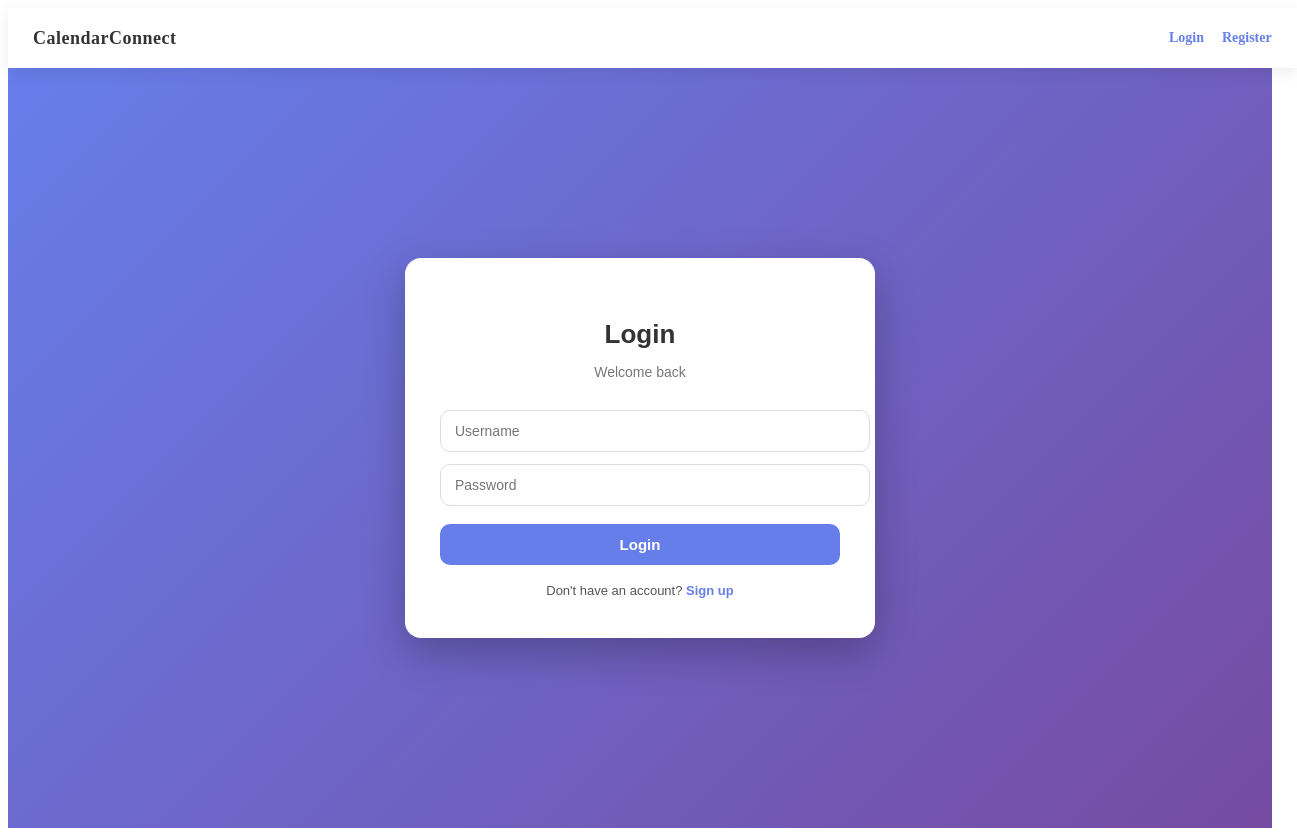
Repository: BMXracer44/CalendarConnect
Page: / (app in frontend/)
The author's editor kept a copy of each file at every save. The page is drawn from the files as they stood at one save, then again after the next save.
The browser window is 1280 px wide. The page is 1297 px wide, then 1280 px, so the pictures cover 1297 px, including what lies to the right of the window. The pictures show the whole page.
The project was rebuilt for these pictures with package versions that can differ from the ones it lists, and the page was loaded fresh each time. Also part of the build but not shown: frontend/src/pages/Register.jsx, frontend/src/pages/Calendar.jsx.

Above is the page before, as saved 2026-04-14 10:05:18.

### frontend/src/index.js
import React from "react";
import ReactDOM from "react-dom/client";
import App from "./App";
import { AuthProvider } from "./context/AuthContext";
import { router } from "./router";
import { RouterProvider } from "react-router-dom";
import "./index.css";

ReactDOM.createRoot(document.getElementById("root")).render(
  <AuthProvider>
    <RouterProvider router={router} />
  </AuthProvider>
);

### frontend/src/App.js
import { Outlet } from "react-router-dom";
import Navbar from "./components/Navbar";
import "./index.css";

function App() {
  return (
    <div>
      <Navbar />
      <Outlet />
    </div>
  );
}

export default App;

### frontend/src/context/AuthContext.js
import { createContext, useState, useEffect } from "react";

export const AuthContext = createContext();

export const AuthProvider = ({ children }) => {
  const [user, setUser] = useState(null);

  // Load user from localStorage on refresh
  useEffect(() => {
    const token = localStorage.getItem("token");
    const username = localStorage.getItem("username");

    if (token && username) {
      setUser({ username, token });
    }
  }, []);

  // Login function
  const login = (data) => {
    localStorage.setItem("token", data.token);
    localStorage.setItem("username", data.username);

    setUser({
      username: data.username,
      token: data.token,
    });
  };

  // Logout function
  const logout = () => {
    localStorage.removeItem("token");
    localStorage.removeItem("username");
    setUser(null);
  };

  return (
    <AuthContext.Provider value={{ user, login, logout }}>
      {children}
    </AuthContext.Provider>
  );
};

### frontend/src/router.jsx
import { createBrowserRouter } from "react-router-dom";
import App from "./App";
import Login from "./pages/Login";
import Register from "./pages/Register";
import Home from "./pages/Home";
import Profile from "./pages/Profile";
import Calendar from "./pages/Calendar";

export const router = createBrowserRouter([
  {
    path: "/",
    element: <App />,
    children: [
      { index: true, element: <Login /> },
      { path: "register", element: <Register /> },
      { path: "home", element: <Home /> },
      { path: "calendar", element: <Calendar /> },
      { path: "profile", element: <Profile /> }
    ]
  }
]);

### frontend/src/index.css
/* =========================
   GLOBAL PAGE BACKGROUND
========================= */
.login-container {
  min-height: 100vh;
  display: flex;
  justify-content: center;
  align-items: center;
  padding: 20px;
  background: linear-gradient(135deg, #667eea, #764ba2);
  font-family: Arial, sans-serif;
}

/* =========================
   AUTH CARD (LOGIN + REGISTER)
========================= */
.login-card {
  width: 100%;
  max-width: 400px;
  background: #ffffff;
  padding: 40px 35px;
  border-radius: 16px;
  box-shadow: 0 15px 40px rgba(0, 0, 0, 0.25);
  text-align: center;
  animation: fadeIn 0.4s ease-in-out;
}

/* Card animation */
@keyframes fadeIn {
  from {
    opacity: 0;
    transform: translateY(15px);
  }
  to {
    opacity: 1;
    transform: translateY(0);
  }
}

/* =========================
   HEADINGS
========================= */
.login-card h2 {
  font-size: 26px;
  margin-bottom: 8px;
  color: #333;
}

.login-card p {
  font-size: 14px;
  color: #777;
  margin-bottom: 18px;
}

/* =========================
   INPUT FIELDS
========================= */
.login-card input {
  width: 100%;
  padding: 12px 14px;
  margin-top: 12px;
  border: 1px solid #ddd;
  border-radius: 10px;
  font-size: 14px;
  outline: none;
  transition: all 0.25s ease;
}

/* Focus effect */
.login-card input:focus {
  border-color: #667eea;
  box-shadow: 0 0 8px rgba(102, 126, 234, 0.35);
}

/* =========================
   BUTTON
========================= */
.login-card button {
  width: 100%;
  padding: 12px;
  margin-top: 18px;
  background: #667eea;
  color: white;
  border: none;
  border-radius: 10px;
  font-size: 15px;
  font-weight: bold;
  cursor: pointer;
  transition: all 0.2s ease;
}

/* Hover effect */
.login-card button:hover {
  background: #5a67d8;
  transform: translateY(-2px);
}

/* =========================
   ERROR & SUCCESS MESSAGES
========================= */
.error-text {
  color: #e74c3c;
  font-size: 13px;
  margin-top: 10px;
}

.success-text {
  color: #2ecc71;
  font-size: 13px;
  margin-top: 10px;
}

/* =========================
   BOTTOM TEXT LINKS
========================= */
.bottom-text {
  margin-top: 18px;
  font-size: 13px;
  color: #555;
}

.bottom-text a {
  color: #667eea;
  font-weight: bold;
  text-decoration: none;
}

.bottom-text a:hover {
  text-decoration: underline;
}

/* =========================
   REGISTER SPACING (optional)
========================= */
.register-extra-spacing input {
  margin-top: 14px;
}
/* =========================
   NAVBAR
========================= */

.navbar {
  width: 98%;
  height: 60px;
  display: flex;
  justify-content: space-between;
  align-items: center;
  padding: 0 25px;

  background: rgba(255, 255, 255, 0.95);
  backdrop-filter: blur(10px);

  box-shadow: 0 4px 15px rgba(0, 0, 0, 0.08);
  position: sticky;
  top: 0;
  z-index: 1000;
}

/* LEFT SIDE (brand) */
.navbar-left {
  font-size: 18px;
  font-weight: bold;
  color: #333;
  letter-spacing: 0.5px;
}

/* RIGHT SIDE */
.navbar-right {
  display: flex;
  align-items: center;
  gap: 18px;
}

/* LINKS */
.nav-link {
  text-decoration: none;
  font-size: 14px;
  font-weight: 600;
  color: #667eea;
  transition: 0.2s ease;
}

.nav-link:hover {
  color: #5a67d8;
  transform: translateY(-1px);
}

/* USERNAME */
.nav-user {
  font-weight: 600;
  font-size: 14px;
  color: #333;
  padding: 6px 10px;
  border-radius: 8px;
  background: #f4f6ff;
}

/* LOGOUT BUTTON */
.nav-button {
  background: #e74c3c;
  color: white;
  border: none;
  padding: 7px 12px;
  border-radius: 8px;
  font-size: 13px;
  font-weight: bold;
  cursor: pointer;
  transition: 0.2s ease;
}

.nav-button:hover {
  background: #c0392b;
  transform: translateY(-1px);
}

### frontend/src/components/Navbar.jsx
import { useContext } from "react";
import { AuthContext } from "../context/AuthContext";
import { Link, useNavigate } from "react-router-dom";


const Navbar = () => {
  const { user, logout } = useContext(AuthContext);
  const navigate = useNavigate();

  const handleLogout = () => {
    logout();
    navigate("/");
  };

  return (
    <nav className="navbar">
      <div className="navbar-left">
        CalendarConnect
      </div>

      <div className="navbar-right">
        {!user ? (
          <>
            <Link to="/" className="nav-link">Login</Link>
            <Link to="/register" className="nav-link">Register</Link>
          </>
        ) : (
          <>
            <span className="nav-user">{user.username}</span>
            <button className="nav-button" onClick={handleLogout}>
              Logout
            </button>
          </>
        )}
      </div>
    </nav>
  );
};

export default Navbar;

### frontend/src/pages/Login.jsx
import React, { useState } from "react";
import { useNavigate } from "react-router-dom";

const Login = () => {
  const navigate = useNavigate();

  const [username, setUsername] = useState("");
  const [password, setPassword] = useState("");

  const [error, setError] = useState("");
  const [success, setSuccess] = useState("");

  const handleSubmit = async (e) => {
    e.preventDefault();

    try {
      const response = await fetch("http://localhost:8080/api/login", {
        method: "POST",
        headers: {
          "Content-Type": "application/json"
        },
        body: JSON.stringify({ username, password })
      });

      const data = await response.json();

      if (response.ok) {
        localStorage.setItem("token", data.token);

        setSuccess("Login successful!");
        setError("");

        setTimeout(() => {
          navigate("/dashboard");
        }, 1000);

      } else {
        setError(data.message || "Invalid login");
        setSuccess("");
      }

    } catch (err) {
      setError("Server not reachable");
      setSuccess("");
    }
  };

  return (
    <div className="login-container">
      <div className="login-card">

        <h2>Login</h2>
        <p>Welcome back</p>

        {error && <p className="error-text">{error}</p>}
        {success && <p className="success-text">{success}</p>}

        <form onSubmit={handleSubmit}>
          <input
            type="text"
            placeholder="Username"
            value={username}
            onChange={(e) => setUsername(e.target.value)}
            required
          />

          <input
            type="password"
            placeholder="Password"
            value={password}
            onChange={(e) => setPassword(e.target.value)}
            required
          />

          <button type="submit">Login</button>
        </form>

        <div className="bottom-text">
          Don't have an account? <a href="/register">Sign up</a>
        </div>

      </div>
    </div>
  );
};

export default Login;

Loaded but not shown: frontend/src/pages/Home.jsx (no stored copy; drawn as an empty file); frontend/src/pages/Profile.jsx (no stored copy; drawn as an empty file)

After the next save:
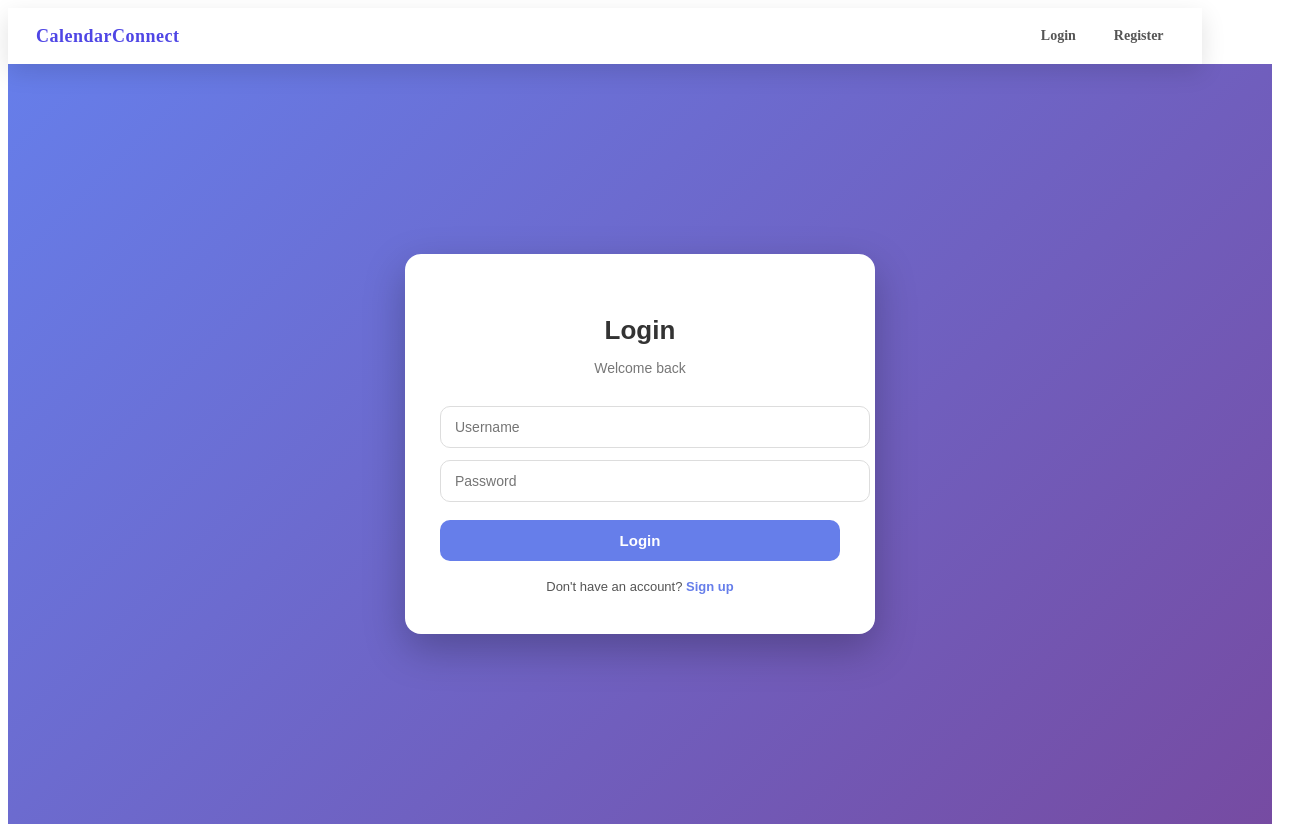
Saved 2 min 12 s later.
--- a/frontend/src/index.css
+++ b/frontend/src/index.css
@@ -135,36 +135,38 @@
 .register-extra-spacing input {
   margin-top: 14px;
 }
-/* =========================
-   NAVBAR
+
+/* =========================
+   NAVBAR (CLEAN MODERN STYLE)
 ========================= */
 
 .navbar {
-  width: 98%;
-  height: 60px;
+  width: 90%;
   display: flex;
   justify-content: space-between;
   align-items: center;
-  padding: 0 25px;
-
-  background: rgba(255, 255, 255, 0.95);
+
+  padding: 14px 28px;
+
+  /* matches login gradient theme subtly */
+  background: rgba(255, 255, 255, 0.9);
   backdrop-filter: blur(10px);
 
-  box-shadow: 0 4px 15px rgba(0, 0, 0, 0.08);
+  box-shadow: 0 8px 25px rgba(0, 0, 0, 0.12);
   position: sticky;
   top: 0;
   z-index: 1000;
 }
 
-/* LEFT SIDE (brand) */
+/* LEFT BRAND */
 .navbar-left {
   font-size: 18px;
-  font-weight: bold;
-  color: #333;
+  font-weight: 700;
+  color: #4f46e5; /* matches purple theme */
   letter-spacing: 0.5px;
 }
 
-/* RIGHT SIDE */
+/* RIGHT SECTION */
 .navbar-right {
   display: flex;
   align-items: center;
@@ -176,39 +178,44 @@
   text-decoration: none;
   font-size: 14px;
   font-weight: 600;
-  color: #667eea;
+  color: #555;
+  padding: 6px 10px;
+  border-radius: 8px;
   transition: 0.2s ease;
 }
 
 .nav-link:hover {
-  color: #5a67d8;
-  transform: translateY(-1px);
+  background: rgba(102, 126, 234, 0.12);
+  color: #4f46e5;
 }
 
 /* USERNAME */
 .nav-user {
+  font-size: 14px;
   font-weight: 600;
-  font-size: 14px;
   color: #333;
   padding: 6px 10px;
   border-radius: 8px;
-  background: #f4f6ff;
+  background: rgba(102, 126, 234, 0.08);
 }
 
 /* LOGOUT BUTTON */
 .nav-button {
-  background: #e74c3c;
+  padding: 7px 12px;
+  border: none;
+  border-radius: 10px;
+
+  background: linear-gradient(135deg, #667eea, #764ba2);
   color: white;
-  border: none;
-  padding: 7px 12px;
-  border-radius: 8px;
-  font-size: 13px;
-  font-weight: bold;
+
+  font-size: 13px;
+  font-weight: 600;
+
   cursor: pointer;
   transition: 0.2s ease;
 }
 
 .nav-button:hover {
-  background: #c0392b;
-  transform: translateY(-1px);
-}
+  transform: translateY(-2px);
+  box-shadow: 0 6px 15px rgba(102, 126, 234, 0.35);
+}
